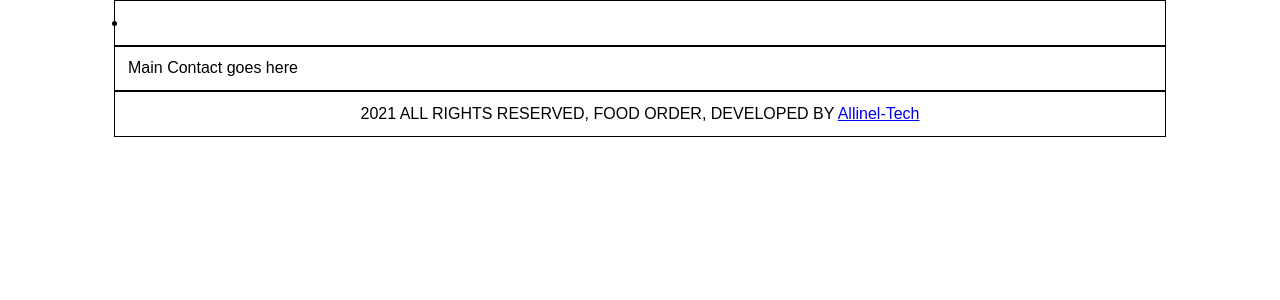
Repository: yazshrilld/food_order
Page: http://localhost/admin/index.php
An editor plug-in stored every save of this project. The page is shown before and after a run of saves, followed by the edit.
The browser window is 1280 px wide. The pictures show the whole page.
The page is run by PHP 8.4 with error messages shown; the project is at /var/www/html/.

Above is the page before, as saved 2021-01-24 16:10:18.

### admin/index.php
    <html>
    <head>
        <title>Food Order Website - Home Page</title>
        <link rel="stylesheet" href="../css/admin.css">
    </head>
    <body>
        <!-- Menu Section Starts -->
            <div class="menu">
                <div class="wrapper">
                    <ul>
                        <li><a href=""></a></li>
                    </ul>
                </div>
            </div>
        <!-- Menu Section Ends -->

        <!-- Main Content Section Starts -->
            <div class="main-content">
                <div class="wrapper">
                    Main Contact goes here
                </div>
            </div>
        <!-- Main Content Section Ends -->

        <!-- Footer Section Starts -->
            <div class="footer">
                <div class="wrapper">
                    <p class="text-center">2021 ALL RIGHTS RESERVED, FOOD ORDER, DEVELOPED BY <a href="#">Allinel-Tech</a></p>
                </div>
            </div>
        <!-- Footer Section Ends -->

    </body>
</html>

### css/admin.css
/*
    Author: Musa Yazid
    Theme: Food Order Website Admin
    Version: 1.0
*/

* {
    margin: 0;
    padding: 0;
    font-family: Arial, Helvetica, sans-serif;
}

.wrapper {
    border: 1px solid black;
    padding: 1%;
    width: 80%;
    margin: 0 auto;
}

.text-center {
    text-align: center;
}

After the next 2 saves:
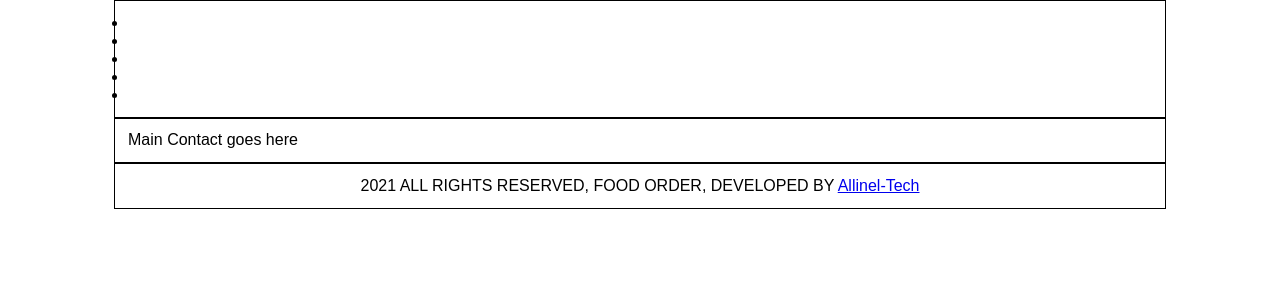
The 2 saves are shown as one change because they came seconds apart.
The last was saved 22 s later.
--- a/admin/index.php
+++ b/admin/index.php
@@ -8,6 +8,10 @@
             <div class="menu">
                 <div class="wrapper">
                     <ul>
+                        <li><a href=""></a></li>
+                        <li><a href=""></a></li>
+                        <li><a href=""></a></li>
+                        <li><a href=""></a></li>
                         <li><a href=""></a></li>
                     </ul>
                 </div>
